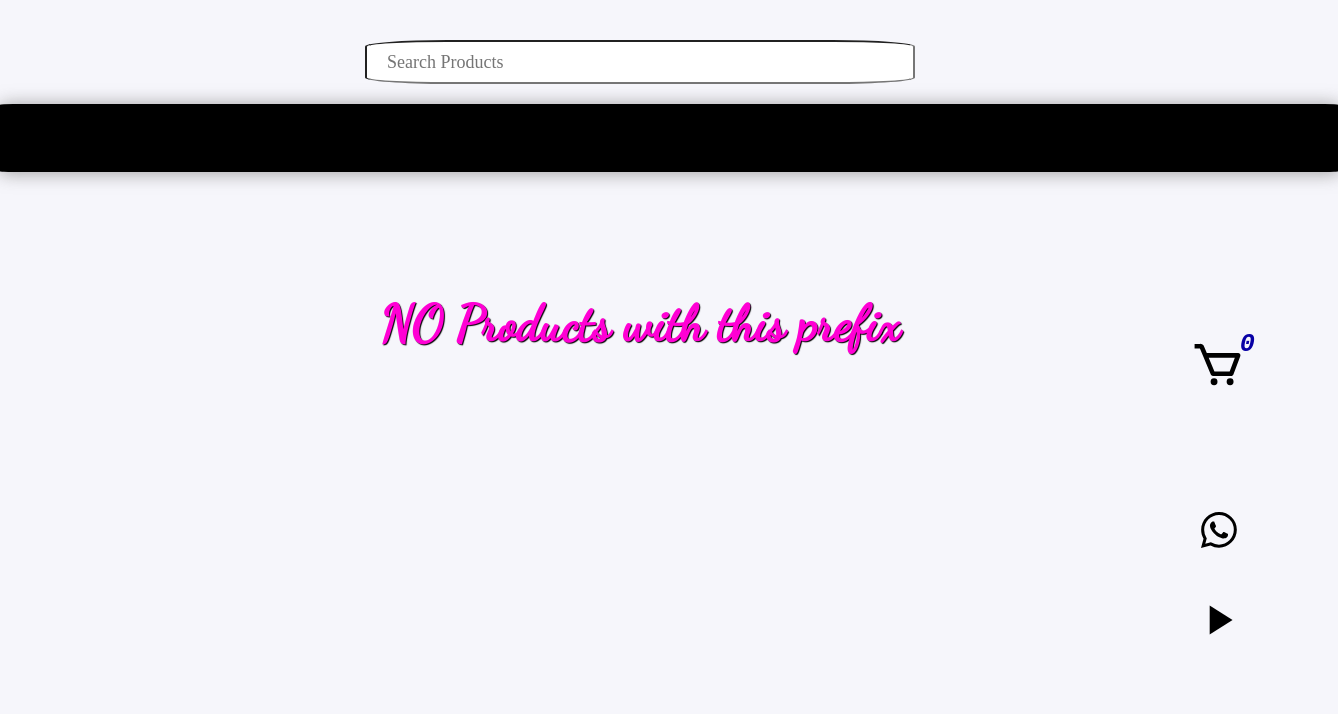
Repository: rehamAbass/BeautyCareShop
Page: /
These files come from the project's save history. The page is drawn as it stood at one moment and after the next save; the edit follows.
The browser window is 1280 px wide. The page is 1338 px wide, so the pictures cover 1338 px, including what lies to the right of the window. The pictures show the whole page.
The page's requests for data from a server got no answer. Some web fonts or font styles are not loaded; a fallback is used. The project was rebuilt for these pictures with package versions that can differ from the ones it lists, and the page was loaded fresh each time. No one was signed in, and anything a server would have sent is missing. Also part of the build but not shown: src/components/allProducts/prod/card.css, src/components/allProducts/prod/card.component.jsx, src/components/myCart/myCart.css, src/components/myCart/cartProduct/cartProduct.css, src/components/myCart/cartProduct/cartProduct.jsx, src/components/myCart/myCart.jsx. Imported but missing from the stored project, and not drawn on this page: src/components/header/music/ed.mp3.

Above is the page before, as saved 2022-06-08 13:40:57.

After the next save:
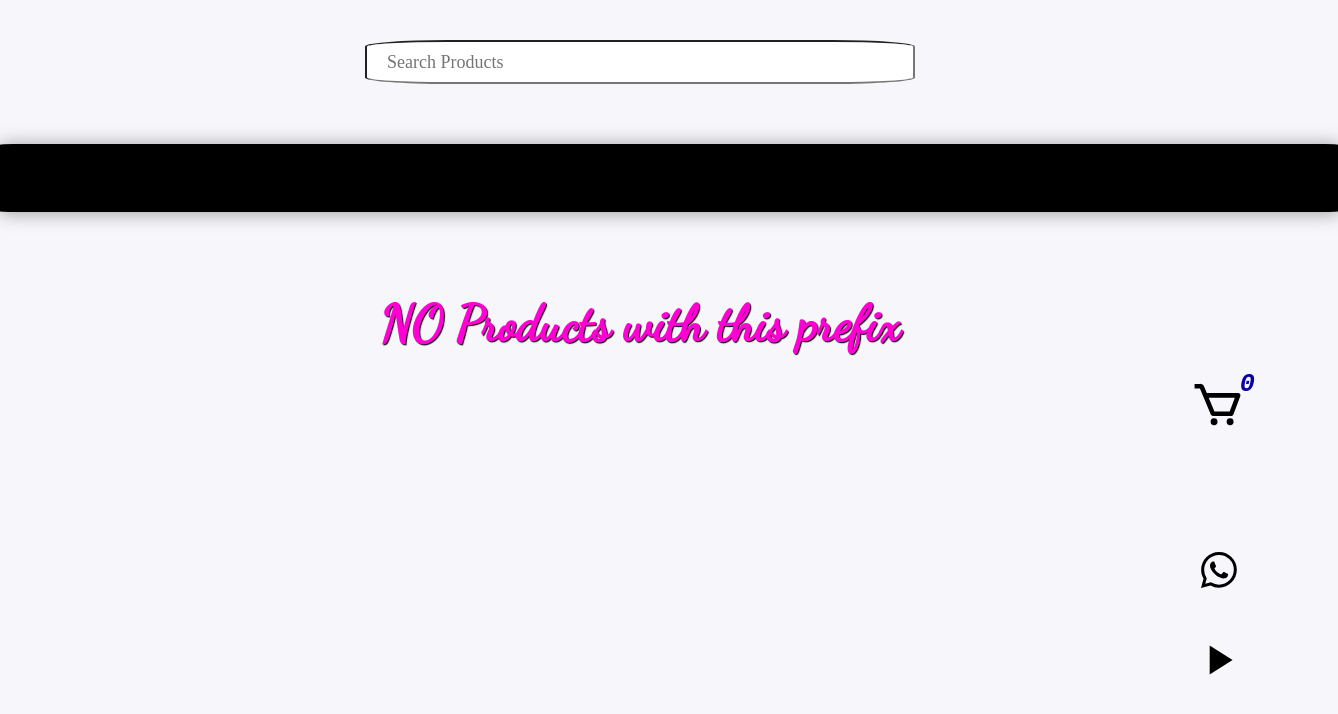
Saved 12 s later.
--- a/src/components/header/header.component.jsx
+++ b/src/components/header/header.component.jsx
@@ -9,7 +9,11 @@
 const Header = ({counter,imgs, handleCart}) => {
     return (
         <div className='headClass'>
-      <marquee >
+      <marquee
+                      width="100%"
+                behavior="scroll"
+                direction="right" height="100px"
+               loop='20' >
         <div className='imgs'>
             {imgs.map((link, i) => (
                (i<10)&&

After the save that followed:
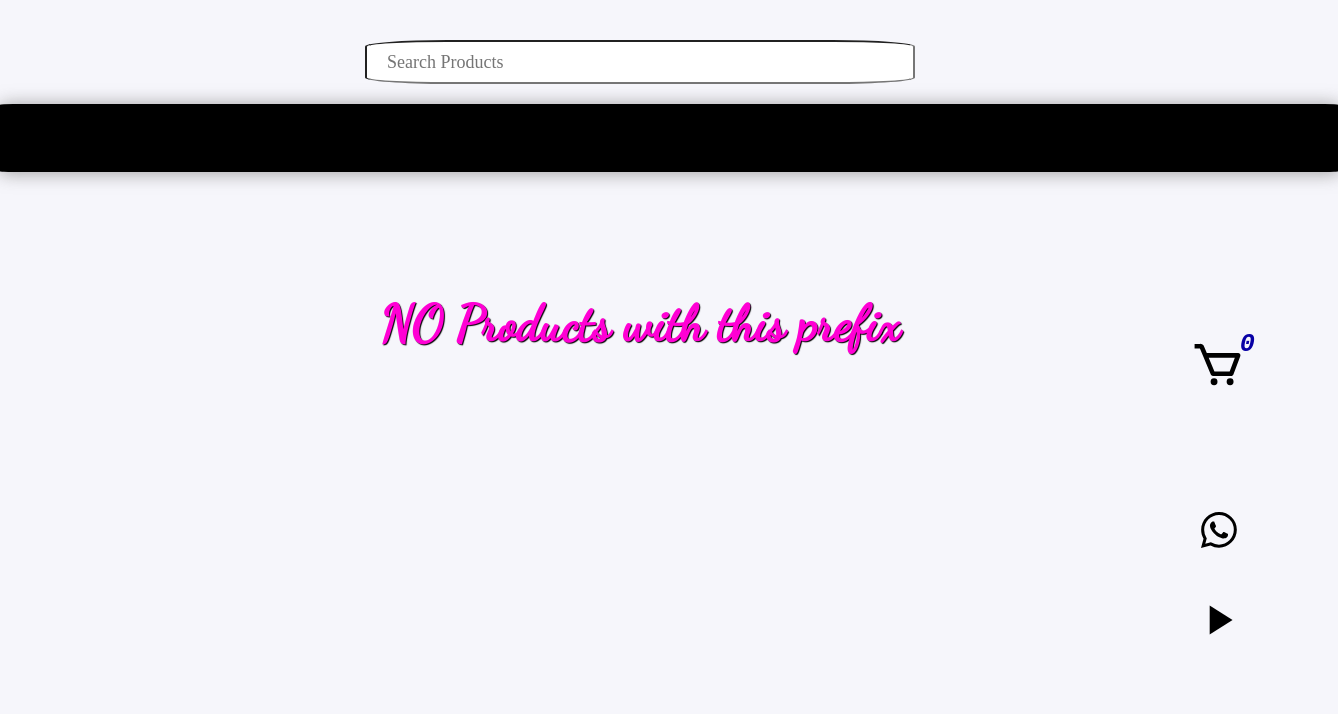
Saved 10 s later.
--- a/src/components/header/header.component.jsx
+++ b/src/components/header/header.component.jsx
@@ -12,7 +12,7 @@
       <marquee
                       width="100%"
                 behavior="scroll"
-                direction="right" height="100px"
+                direction="right"
                loop='20' >
         <div className='imgs'>
             {imgs.map((link, i) => (
